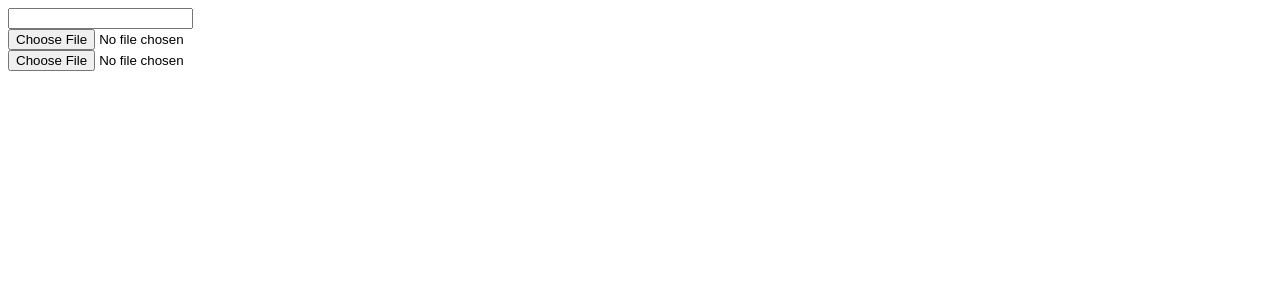
Repository: precipices/SPM
Page: http://localhost/FileTest/upload.jsp
These files come from the project's save history. The page is drawn as it stood at one moment and after the next save; the edit follows.
The browser window is 1280 px wide. The pictures show the whole page.
The page is served by Tomcat 9.

Above is the page before, as saved 2017-12-09 14:50:59.

After the next save:
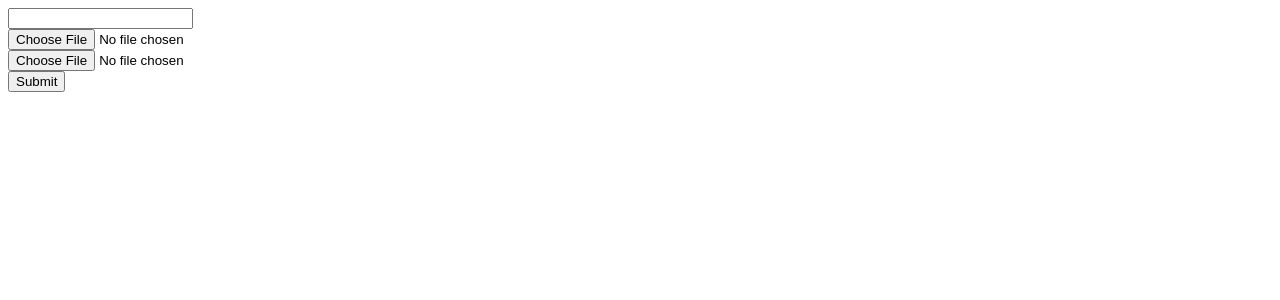
Saved 8 s later.
--- a/文件操作test/FileTest/WebContent/upload.jsp
+++ b/文件操作test/FileTest/WebContent/upload.jsp
@@ -11,7 +11,7 @@
 <input type="text" name="username"/><br/>
 <input type="file" name="file1"/><br/>
 <input type="file" name="file2" /><br/>
-<input type="submit" name="上传“/>
+<input type="submit" name="上传"/>
 </form>
 </body>
 </html>
